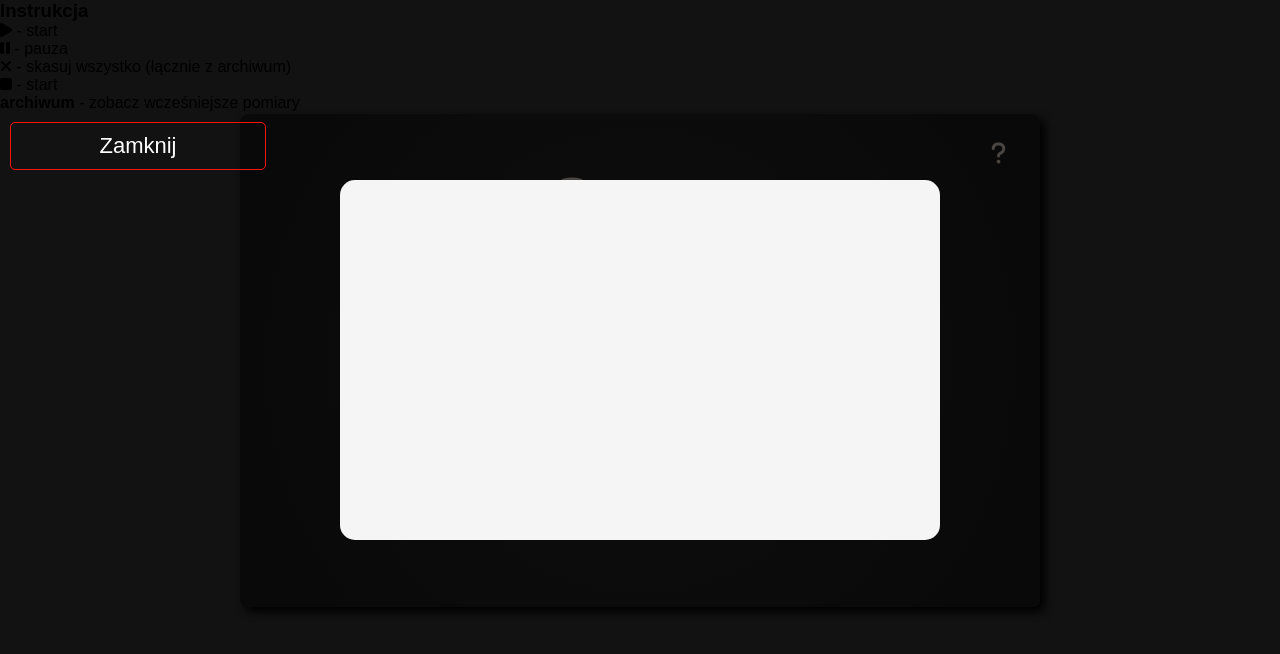
Repository: KrzysKolo/Projekt-5_Stoper
Page: index.html
The author's editor kept a copy of each file at every save. The page is drawn from the files as they stood at one save, then again after the next save.
The browser window is 1280 px wide. The pictures show the whole page.
Some web fonts or font styles are not loaded; a fallback is used. Some web libraries are served in a nearby version.

Above is the page before, as saved 2020-07-05 17:29:43.

After the next save:
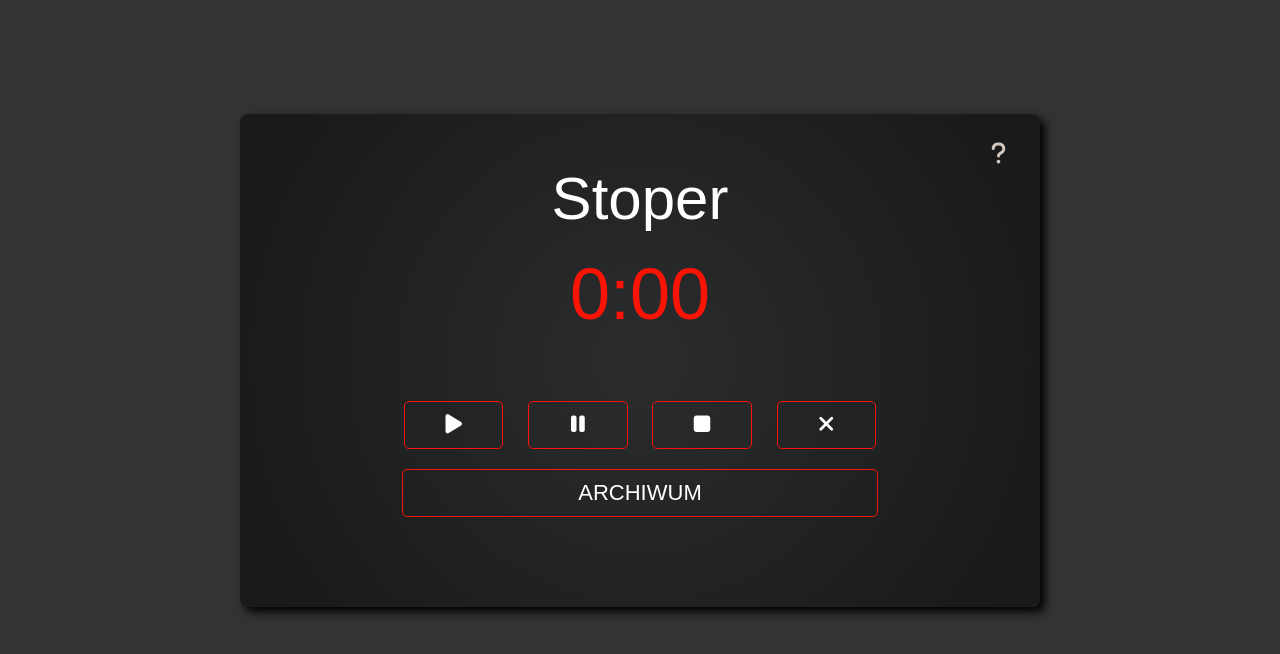
Saved 2 min 15 s later.
--- a/css/style.css
+++ b/css/style.css
@@ -1,21 +1,24 @@
 * {
   box-sizing: border-box;
+  margin: 0;
   padding: 0;
-  margin: 0;
 }
+
 :root {
   --first-color: #fa1406;
   --second-color: #d2c7be;
 }
+
 body {
   display: flex;
   justify-content: center;
   align-items: center;
   flex-direction: column;
   min-height: 100vh;
-  font-family: "Montserrat Subrayada", sans-serif;
-  background-color: #333333;
+  font-family: "Montserrat", sans-serif;
+  background-color: #333;
 }
+
 .wrapper {
   position: relative;
   display: flex;
@@ -24,49 +27,55 @@ body {
   flex-direction: column;
   padding: 50px;
   width: 800px;
-  background-image: radial-gradient(
+  background: radial-gradient(
     circle,
-    rgb(43, 43, 43) 0%,
-    rgb(25, 25, 25) 93%
+    rgba(43, 44, 46, 1) 0%,
+    rgba(25, 25, 25, 1) 93%
   );
   border-radius: 8px;
   box-shadow: 5px 5px 10px black;
+  color: #fff;
 }
+
 .info {
   position: absolute;
   top: 6px;
   right: 14px;
   padding: 20px;
   font-size: 24px;
-  clear: both;
   color: var(--second-color);
   cursor: pointer;
   transition: color 0.3s;
 }
+
 .info:hover {
   color: var(--first-color);
 }
+
 h1 {
   margin-bottom: 20px;
   font-size: 60px;
   font-weight: lighter;
-  color: var(--second-color);
 }
+
 .stopwatch {
   font-size: 72px;
   color: var(--first-color);
 }
+
 .time {
   visibility: hidden;
   color: var(--second-color);
   font-size: 22px;
 }
+
 .buttons {
   display: flex;
   justify-content: space-around;
   flex-wrap: wrap;
   margin: 30px;
 }
+
 button {
   margin: 10px;
   padding: 10px 20px;
@@ -79,31 +88,38 @@ button {
   cursor: pointer;
   transition: background-color 0.3s;
 }
+
 .history {
   flex-grow: 1;
   text-transform: uppercase;
 }
+
 button:hover,
 button:focus {
   background-color: var(--first-color);
   outline: none;
 }
+
 .time-list li {
   display: flex;
   justify-content: space-between;
   width: 300px;
   font-size: 22px;
+  color: var(--second-color);
 }
-time-list span {
+
+.time-list span {
   font-weight: bold;
 }
 
 .modal-shadow {
+  display: none;
   position: absolute;
   width: 100%;
   height: 100%;
   background-color: rgba(0, 0, 0, 0.65);
 }
+
 .modal {
   position: absolute;
   top: 50%;
@@ -115,3 +131,40 @@ time-list span {
   border-radius: 15px;
   background-color: rgb(245, 245, 245);
 }
+
+.modal h3 {
+  font-size: 30px;
+  margin-bottom: 20px;
+}
+
+.modal p {
+  margin-bottom: 10px;
+  margin-left: 20px;
+  font-size: 20px;
+}
+
+.modal .close {
+  display: block;
+  margin: 40px auto 0;
+  width: 200px;
+  background-color: var(--first-color);
+  transition: background-color 0.3s;
+}
+
+.modal .close:hover {
+  background-color: rgb(226, 36, 26);
+}
+
+.modal-animation {
+  animation: show-modal 0.5s;
+}
+
+@keyframes show-modal {
+  0% {
+    opacity: 0;
+  }
+
+  100% {
+    opacity: 1;
+  }
+}
